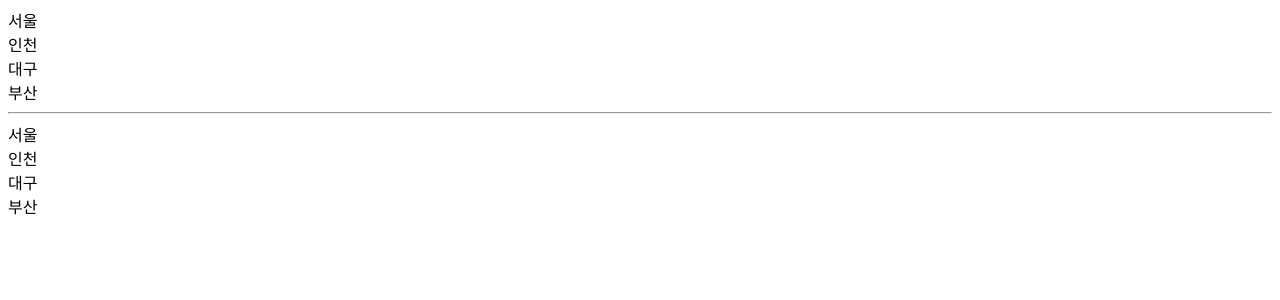
Repository: itrecipe/Web_ez
Page: http://localhost/jspCh07/18_forTokens.jsp
An editor plug-in stored every save of this project. The page is shown before and after the next save, followed by the edit.
The browser window is 1280 px wide. The pictures show the whole page.
The page is served by Tomcat 9.

Above is the page before, as saved 2023-04-04 03:49:57.

After the next save:
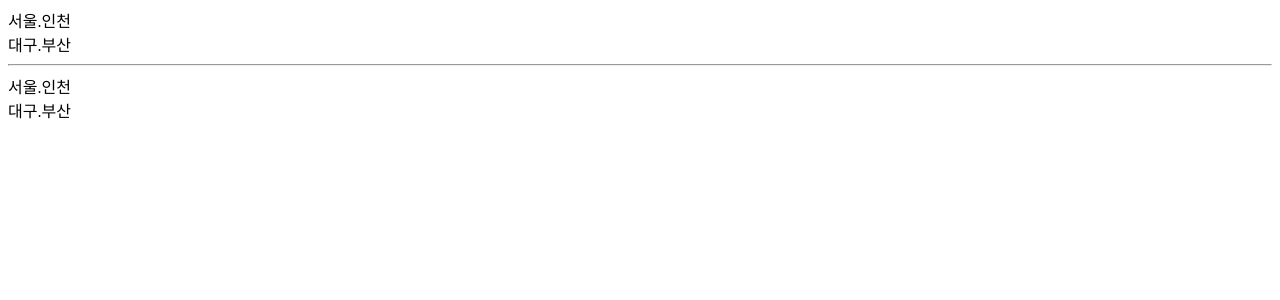
Saved 45 s later.
--- a/jspCh07/src/main/webapp/18_forTokens.jsp
+++ b/jspCh07/src/main/webapp/18_forTokens.jsp
@@ -9,11 +9,11 @@
 </head>
 <body>
 
-<c:forTokens var="city" items="서울, 인천, 대구, 부산" delims=",">
+<c:forTokens var="city" items="서울.인천,대구.부산" delims=",">
 ${city}<br/>
 </c:forTokens>
 <hr>
-<c:forTokens var="city" items="서울, 인천, 대구, 부산" delims=",">
+<c:forTokens var="city" items="서울.인천, 대구.부산" delims=",">
 ${city}<br/>
 </c:forTokens>
 </body>
